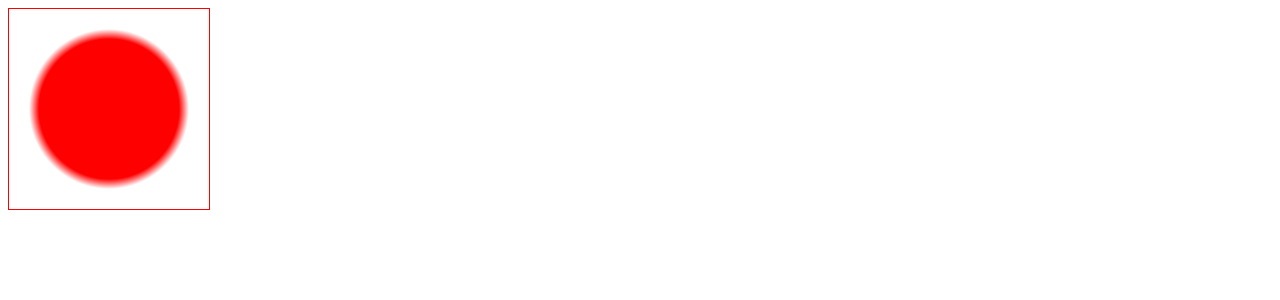
Repository: Tan-Khang21/TH_TKW--Buoi_05
Page: Bai_Tap_Tren_Lop/Bai_01/Canvas8.html
These files come from the project's save history. The page is drawn as it stood at one moment and after the next save; the edit follows.
The browser window is 1280 px wide. The pictures show the whole page.

Above is the page before, as saved 2024-03-10 20:41:55.

### Bai_Tap_Tren_Lop/Bai_01/Canvas8.html
<!DOCTYPE html>
<html lang="en">
  <head>
    <meta charset="UTF-8" />
    <meta name="viewport" content="width=device-width, initial-scale=1.0" />
    <title>Document</title>
  </head>
  <body>
    <canvas
      id="mycanvas"
      width="200px"
      height="200px"
      style="border: 1px solid #f00"
    ></canvas>
    <script>
      var c = document.getElementById("mycanvas");
      var ctx = c.getContext("2d");
      var grd = ctx.createRadialGradient(100, 100, 70, 100, 100, 80);
      grd.addColorStop(0, "red");
      grd.addColorStop(1, "white");
      ctx.beginPath();
      ctx.arc(100, 100, 100, 0, 2 * Math.PI);
      ctx.fillStyle = grd;
      ctx.fill();
    </script>
  </body>
</html>

After the next save:
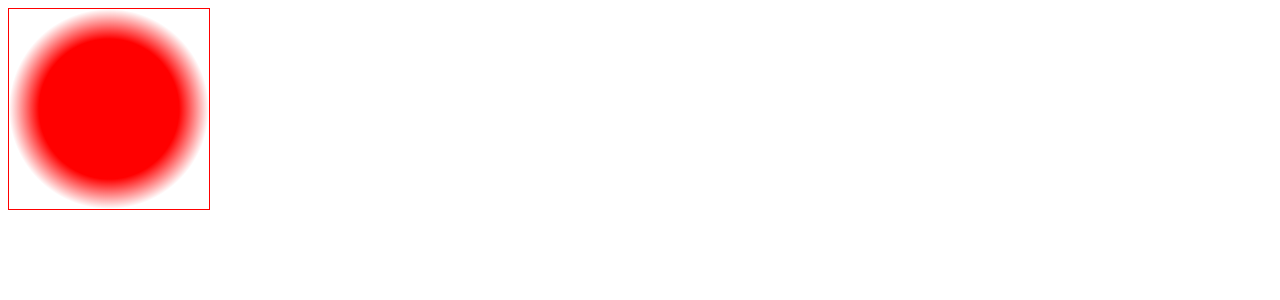
Saved 7 s later.
--- a/Bai_Tap_Tren_Lop/Bai_01/Canvas8.html
+++ b/Bai_Tap_Tren_Lop/Bai_01/Canvas8.html
@@ -15,7 +15,7 @@
     <script>
       var c = document.getElementById("mycanvas");
       var ctx = c.getContext("2d");
-      var grd = ctx.createRadialGradient(100, 100, 70, 100, 100, 80);
+      var grd = ctx.createRadialGradient(100, 100, 70, 100, 100, 100);
       grd.addColorStop(0, "red");
       grd.addColorStop(1, "white");
       ctx.beginPath();
